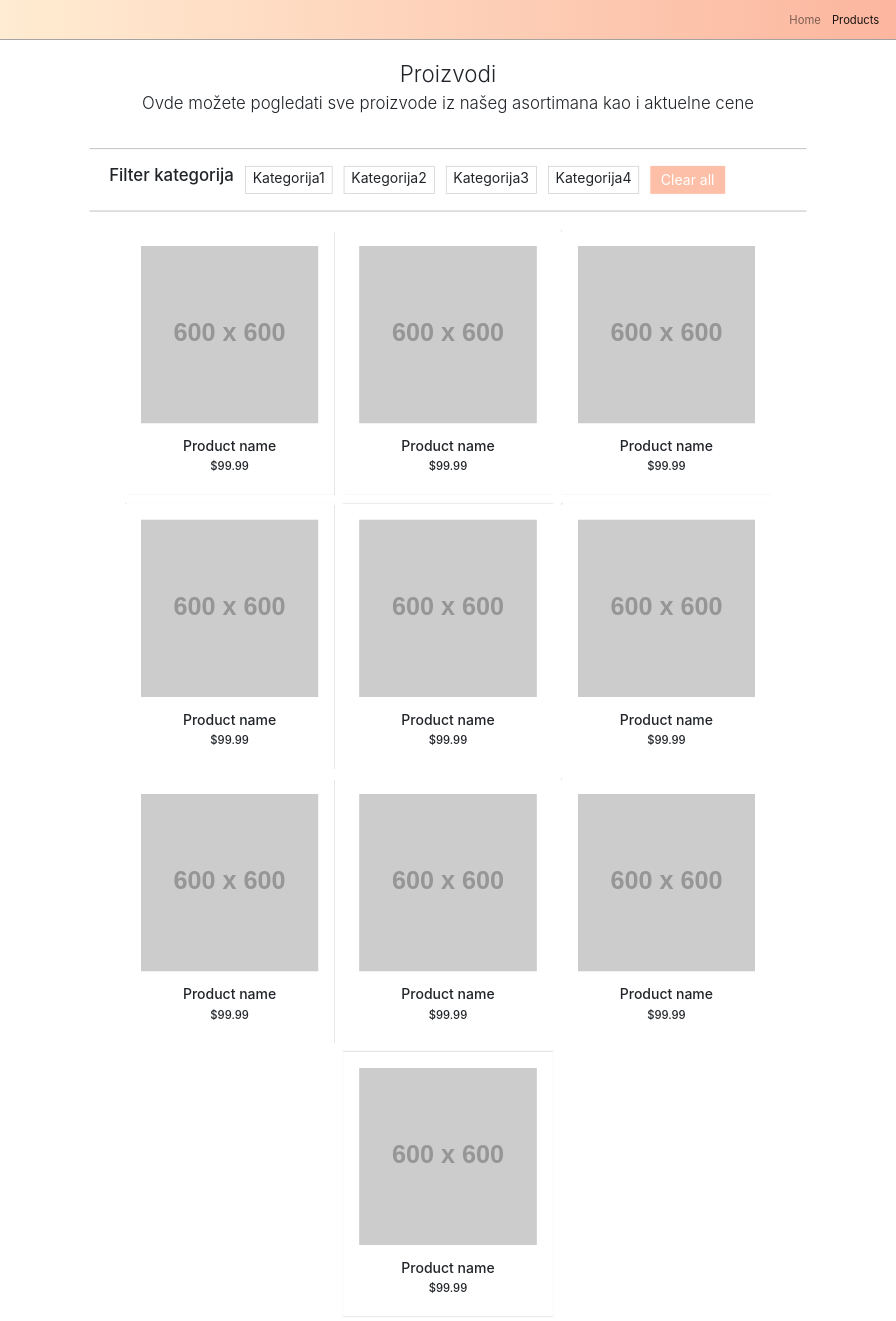
Repository: StevanFilipovic/TemplateForSinglepageWebsite
Page: products.html
An editor plug-in stored every save of this project. The page is shown before and after the next save, followed by the edit.
The browser window is 1280 px wide. The pictures show the whole page, at 70% of full size.
The first visible `.button-clear` has the focus.
Some web libraries are served in a nearby version.

Above is the page before, as saved 2018-06-15 12:39:22.

### products.html
<!doctype html>
<html>
<head>
	<meta charset="utf-8">
	<title>One Page Scroll</title>
	<meta name="title" content="Website by Stevan" />
	<meta name="description" content="Proizvodi"/>
    <link rel="shortcut icon" id="favicon" href="">
    <meta name="viewport" content="initial-scale=1, width=device-width, maximum-scale=1, minimum-scale=1, user-scalable=no">
	<link href='http://fonts.googleapis.com/css?family=Open+Sans:300,400,700' rel='stylesheet' type='text/css'>
	<link href='http://fonts.googleapis.com/css?family=Pacifico:400' rel='stylesheet' type='text/css'>
	<script type="text/javascript" src="http://code.jquery.com/jquery-1.9.1.js"></script>
  <link href='products-page-style.css' rel='stylesheet' type='text/css'>
  <!-- Da bi koristili less potrebno je odkomentarisati donje dve linije i uraditi konverziju css-a i ubaciti u dole navedene fajlove -->
  <!-- <link rel="stylesheet/less" type="text/css" href="onepage-scrool.less" /> -->
  <!-- <link rel="stylesheet/less" type="text/css" href="styles.less" /> -->
  <!-- <script src="less.js" type="text/javascript"></script> -->
  <link rel="stylesheet" href="https://stackpath.bootstrapcdn.com/bootstrap/4.1.1/css/bootstrap.min.css" integrity="sha384-WskhaSGFgHYWDcbwN70/dfYBj47jz9qbsMId/iRN3ewGhXQFZCSftd1LZCfmhktB" crossorigin="anonymous">

<script>
    $(document).ready(function() {
  var $products = $('.grid-products'),
      $filters = $("#filters input[type='checkbox']"),
      product_filter = new ProductFilterLevel1($products, $filters);
  product_filter.init();
});

function ProductFilterLevel1(products, filters) {
  var _this = this;

  this.init = function() {
    this.products = products;
    this.filters = filters;
    this.bindEvents();
  };

  this.bindEvents = function() {
    this.filters.click(this.filterGridProducts);
    $('#none').click(this.removeAllFilters);
  };

  this.filterGridProducts = function() {
    _this.products.hide();
    var selectedFilters = _this.filters.filter(':checked');
    if (selectedFilters.length) {
      var selectedFiltersValues = [];
      selectedFilters.each(function() {
        var currentFilter = $(this);
        selectedFiltersValues.push("[data-" + currentFilter.attr('name') + "='" + currentFilter.val() + "']");
      });
      _this.products.filter(selectedFiltersValues.join(',')).show();
    } else {
      _this.products.show();
    }
  };

  this.removeAllFilters = function() {
    _this.filters.prop('checked', false);
    _this.products.show();
  }
}
</script>

</head>
<body>
        <div class="header">
                <nav class="navbar navbar-expand-lg navbar-light">
                  <!-- <a class="navbar-brand" href="#">Navbar</a> -->
                  <button class="navbar-toggler" type="button" data-toggle="collapse" data-target="#navbarNavDropdown" aria-controls="navbarNavDropdown" aria-expanded="false" aria-label="Toggle navigation">
                    <span class="navbar-toggler-icon"></span>
                  </button>
                  <div class="collapse navbar-collapse justify-content-end" id="navbarNavDropdown">
                    <ul class="navbar-nav">
                      <li class="nav-item ">
                        <a class="nav-link" href="index.html">Home </a>
                      </li>
                      <li class="nav-item active">
                        <a class="nav-link" href="products.html">Products<span class="sr-only">(current)</span></a>
                      </li>
                      </li>
                    </ul>
                  </div>
                </nav>
                </div>
<div class="intro-text">
    <h2>Proizvodi</h2>
    <h4>Ovde možete pogledati sve proizvode iz našeg asortimana kao i aktuelne cene</h4>
</div>
<div id="filters" class="products">
    <div class="filter-wrapper">
      <h4>Filter kategorija</h4>

      <input type="checkbox" name="colour" id="category1" value="category1" ></input>
      <label for="category1">Kategorija1</label>

      <input type="checkbox" name="colour" id="category2" value="category2"></input>
      <label for="category2">Kategorija2</label>

      <input type="checkbox" name="colour" id="category3" value="category3"></input>
      <label for="category3">Kategorija3</label>

      <input type="checkbox" name="colour" id="category4" value="category4"></input>
      <label for="category4">Kategorija4</label>

    </div>
    <div>
      <input class="button-clear dugme" type="button" id="none" value="Clear all"></input>
    </div>
  </div>

          <section class="products">
                <div class="product-card grid-products" data-colour="category1">
                    <div class="product-image">
                        <img src="http://via.placeholder.com/600x600">
                    </div>
                    <div class="product-info">
                        <h5>Product name</h5>
                        <h6>$99.99</h6>
                    </div>
                </div>

                <div class="product-card grid-products" data-colour="category1">
                    <div class="product-image">
                        <img src="http://via.placeholder.com/600x600">
                    </div>
                    <div class="product-info">
                        <h5>Product name</h5>
                        <h6>$99.99</h6>
                    </div>
                </div>

                <div class="product-card grid-products" data-colour="category2">
                    <div class="product-image">
                        <img src="http://via.placeholder.com/600x600">
                    </div>
                    <div class="product-info">
                        <h5>Product name</h5>
                        <h6>$99.99</h6>
                    </div>
                </div>

                <div class="product-card grid-products" data-colour="category2">
                    <div class="product-image">
                        <img src="http://via.placeholder.com/600x600">
                    </div>
                    <div class="product-info">
                        <h5>Product name</h5>
                        <h6>$99.99</h6>
                    </div>
                </div>

                <div class="product-card grid-products" data-colour="category3">
                    <div class="product-image">
                        <img src="http://via.placeholder.com/600x600">
                    </div>
                    <div class="product-info">
                        <h5>Product name</h5>
                        <h6>$99.99</h6>
                    </div>
                </div>

                <div class="product-card grid-products" data-colour="category3">
                    <div class="product-image">
                        <img src="http://via.placeholder.com/600x600">
                    </div>
                    <div class="product-info">
                        <h5>Product name</h5>
                        <h6>$99.99</h6>
                    </div>
                </div>

                <div class="product-card grid-products" data-colour="category3">
                    <div class="product-image">
                        <img src="http://via.placeholder.com/600x600">
                    </div>
                    <div class="product-info">
                        <h5>Product name</h5>
                        <h6>$99.99</h6>
                    </div>
                </div>

                <div class="product-card grid-products" data-colour="category4">
                    <div class="product-image">
                        <img src="http://via.placeholder.com/600x600">
                    </div>
                    <div class="product-info">
                        <h5>Product name</h5>
                        <h6>$99.99</h6>
                    </div>
                </div>

                <div class="product-card grid-products" data-colour="category4">
                    <div class="product-image">
                        <img src="http://via.placeholder.com/600x600">
                    </div>
                    <div class="product-info">
                        <h5>Product name</h5>
                        <h6>$99.99</h6>
                    </div>
                </div>

                <div class="product-card grid-products" data-colour="category4">
                    <div class="product-image">
                        <img src="http://via.placeholder.com/600x600">
                    </div>
                    <div class="product-info">
                        <h5>Product name</h5>
                        <h6>$99.99</h6>
                    </div>
                </div>

            </section>

</body>
</html>

### products-page-style.css
.header{
    background-image: linear-gradient(to right, #ffecd2 0%, #fcb69f 100%);
    border-bottom: 1px solid gray;
}
.intro-text{
  margin: 30px auto 50px;
}
.intro-text h2, .intro-text h4{
  text-align: center;
    font-weight: 300;
}
.products {
	display: flex;
    flex-wrap: wrap;
    width: 90%;
    margin: auto;
    justify-content: center;
}
#filters{
  justify-content: start;
  width: 80%;
  border-top: 1px solid #a7a7a7;
  border-bottom: 1px solid #a7a7a7;
  margin-bottom: 20px;
  padding: 20px;

}

.product-card {
	display: flex;
	flex-direction: column;
    max-width: 300px;
	padding: 2%;
  /* flex: 1 16%; */
  margin: 6px;

	background-color: #FFF;
	box-shadow: 0px 0px 1px 0px rgba(0,0,0,0.25);
}

.product-image img {
	width: 100%;
}

.product-info {
	margin-top: auto;
	padding-top: 20px;
	text-align: center;
}

@media ( max-width: 920px ) {

	/* .product-card {
		flex: 1 21%;
	} */

	/* .products .product-card:first-child,
	.products .product-card:nth-child(2) {
		flex: 2 46%;
	} */

}

@media ( max-width: 600px ) {

	/* .product-card {
		flex: 1 46%;
	} */

}

@media ( max-width: 480px ) {

	h1 {
		margin-bottom: 20px;
	}

	.product-filter {
		flex-direction: column;
	}

	.sort {
		align-self: flex-start;
	}

}


/* Checkmark */

/* Customize the label (the container) */
.filter-wrapper input[type=checkbox]{
  display: none;
}


.filter-category{
  border: 1px solid #cccccc;
  padding: 2px 10px;
  margin: auto 8px;
}

input[type=checkbox] + label {
  display: block;
  position: relative;
  margin: 4px 8px;
  cursor: pointer;
  font-size: 20px;
  -webkit-user-select: none;
  -moz-user-select: none;
  -ms-user-select: none;
  user-select: none;
  border: 1px solid #cccccc;
  padding: 2px 10px;
  transition:all 0.3s ease;
}
input[type=checkbox]:checked + label {
  background: #fdbfa7;
  border: 1px solid #fdbfa7;
  color: white;
}

input[type=checkbox]:hover + label {
  border: 1px solid #fdbfa7;
  box-shadow: inset 0 0 0 1px #fdbfa7;
  transition:all 0.3s ease;
}




  /* Hide the browser's default checkbox */
  .filter-container input {
    position: absolute;
    opacity: 0;
    cursor: pointer;
  }

  /* Create a custom checkbox */
  .checkmark {
    position: absolute;
    top: 0;
    left: 0;
    height: 30px;
    width: 30px;
    background-color: #eee;
    display: none;
  }

  /* On mouse-over, add a grey background color */
  .filter-container:hover input ~ .checkmark {
    background-color: #ccc;
  }

  /* When the checkbox is checked, add a blue background */
  .filter-container input:checked ~ .checkmark {
    background-color: #fdbfa7;
  }

  /* Create the checkmark/indicator (hidden when not checked) */
  .checkmark:after {
    content: "";
    position: absolute;
    display: none;
  }

  /* Show the checkmark when checked */
  .filter-container input:checked ~ .checkmark:after {
    display: block;
  }

  /* Style the checkmark/indicator */
  .filter-container .checkmark:after {
    left: 9px;
    top: 5px;
    width: 10px;
    height: 15px;
    border: solid white;
    border-width: 0 3px 3px 0;
    -webkit-transform: rotate(45deg);
    -ms-transform: rotate(45deg);
    transform: rotate(45deg);
  }

  .filter-wrapper{
      display: contents;
      margin-bottom: 15px;
  }
  .filter-wrapper h4{
    margin: 4px 8px;
  }

  .button-clear{
    background: #FDBFA7;
    font-size: 20px;
    color: white;
    border-style: none;
    cursor: pointer;
    padding: 5px 15px;
    margin: 4px 8px;
  }

  .button-clear:focus{
    outline: none;
  }

After the next save:
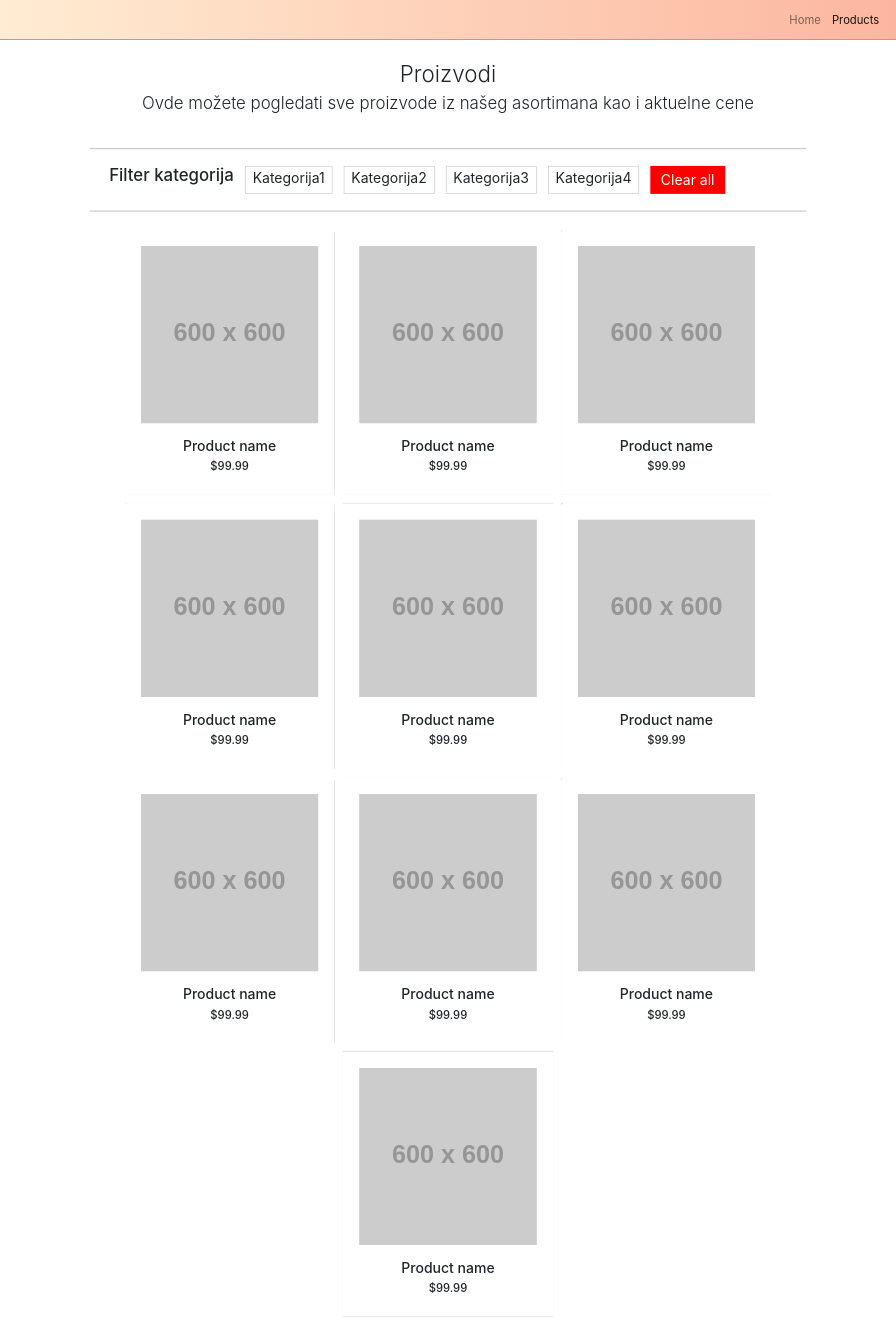
Saved 41 s later.
--- a/products-page-style.css
+++ b/products-page-style.css
@@ -203,3 +203,7 @@ input[type=checkbox]:hover + label {
   .button-clear:focus{
     outline: none;
   }
+
+  .button-clear:focus{
+    background: red;
+  }

After the save that followed:
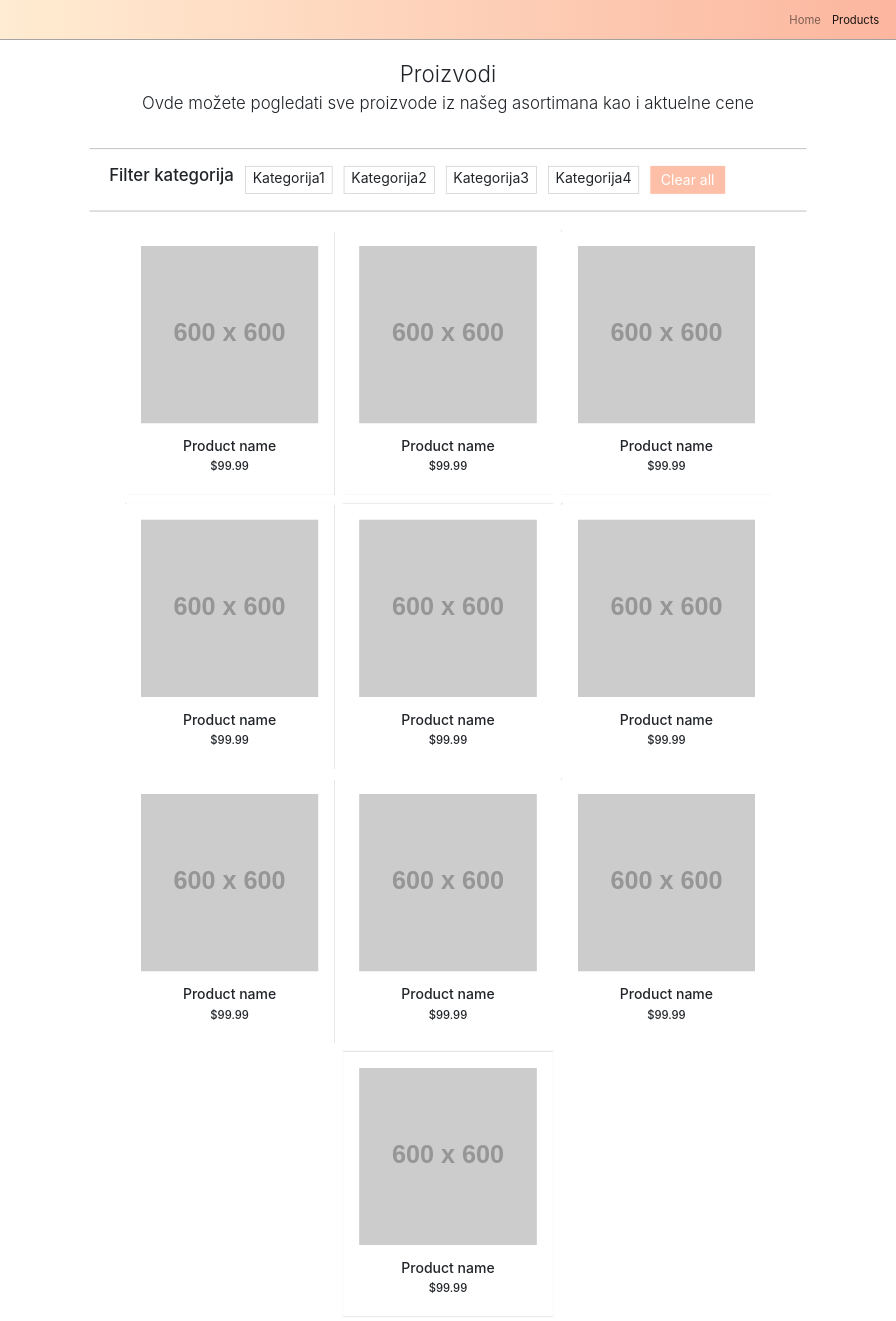
Saved 29 s later.
--- a/products-page-style.css
+++ b/products-page-style.css
@@ -204,6 +204,6 @@ input[type=checkbox]:hover + label {
     outline: none;
   }
 
-  .button-clear:focus{
+  .button-clear:active{
     background: red;
   }
